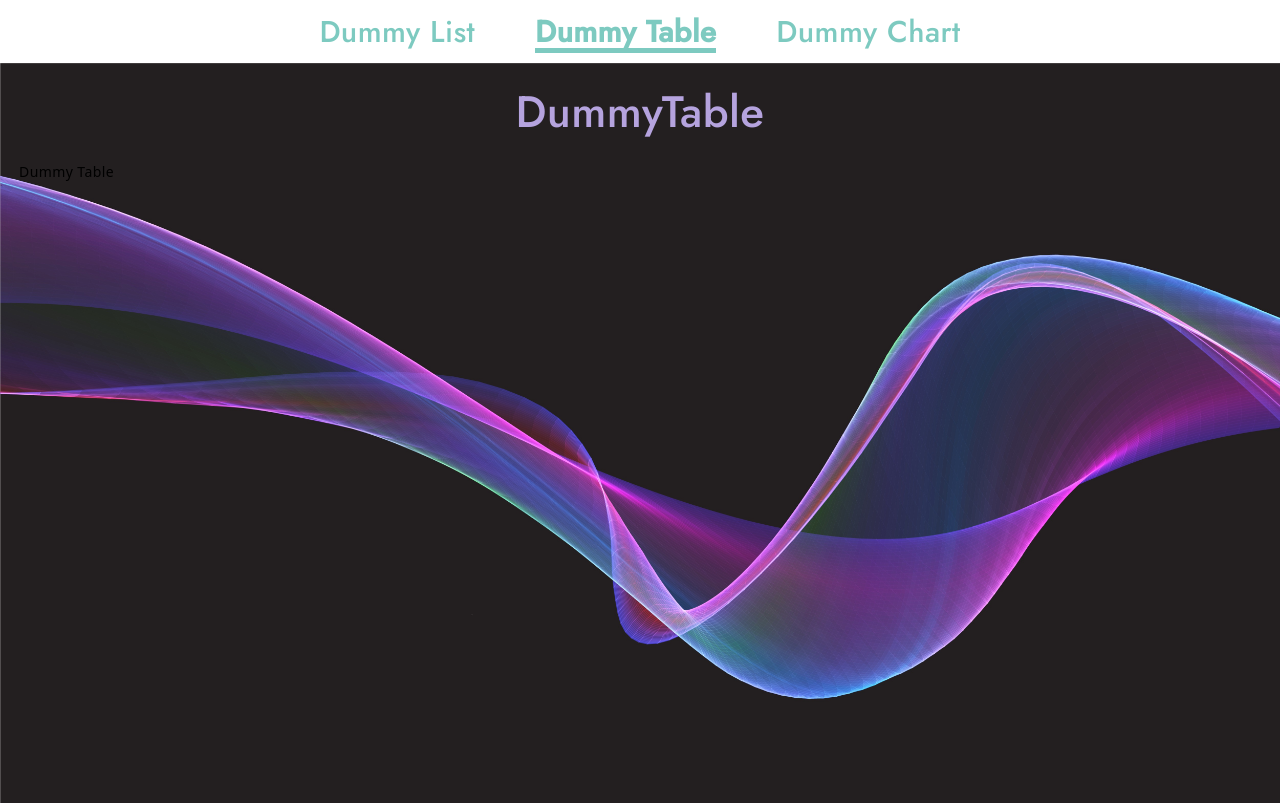
Repository: Vadim-27/backendless
Page: /tabs/dummyTable
The author's editor kept a copy of each file at every save. The page is drawn from the files as they stood at one save, then again after the next save.
The browser window is 1280 px wide. The pictures show the whole page.
Backgrounds fixed to the window are drawn as part of the page. The project was rebuilt for these pictures with package versions that can differ from the ones it lists, and the page was loaded fresh each time.

Above is the page before, as saved 2023-10-28 16:43:36.

After the next save:
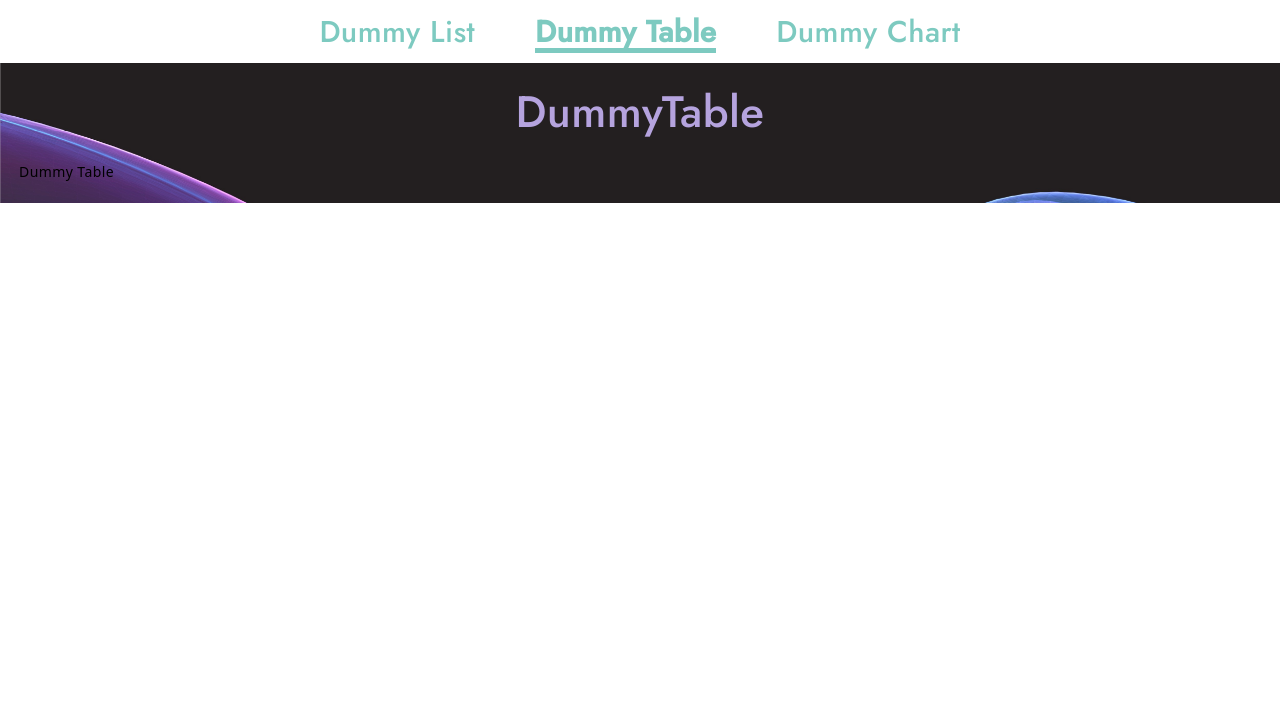
Saved 2 min 11 s later.
--- a/src/utils/base.scss
+++ b/src/utils/base.scss
@@ -51,5 +51,5 @@ img {
   background-size: cover, cover;
   background-repeat: no-repeat;
   background-attachment: fixed;
-  height: 100vh;
+  // height: 100vh;
 }
